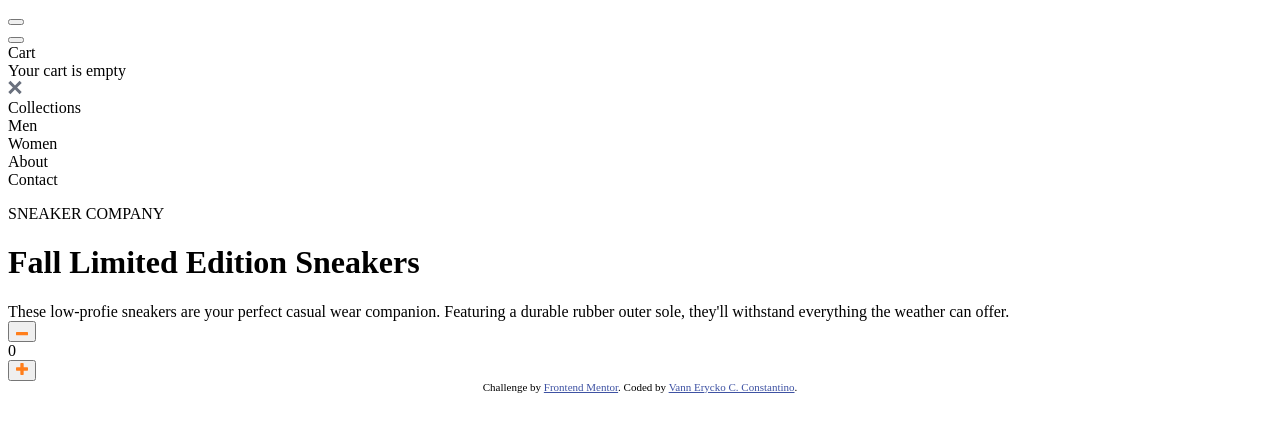
Repository: kocokoy/ecommerce-product-page
Page: src/template.html
The author's editor kept a copy of each file at every save. The page is drawn from the files as they stood at one save, then again after the next save.
The browser window is 1280 px wide. The pictures show the whole page.
Some web fonts or font styles are not loaded; a fallback is used.

Above is the page before, as saved 2024-11-19 09:36:09.

### src/template.html
<!DOCTYPE html>
<html lang="en">
<head>
  <meta charset="UTF-8">
  <meta name="viewport" content="width=device-width, initial-scale=1.0"> <!-- displays site properly based on user's device -->

  <link rel="icon" type="image/png" sizes="32x32" href="./images/favicon-32x32.png">
  <link rel="preconnect" href="https://fonts.googleapis.com">
  <link rel="preconnect" href="https://fonts.gstatic.com" crossorigin>
  <link href="https://fonts.googleapis.com/css2?family=Karla:ital,wght@0,200..800;1,200..800&family=Kumbh+Sans:wght@100..900&family=Playfair+Display:ital,wght@0,400..900;1,400..900&family=Plus+Jakarta+Sans:ital,wght@0,200..800;1,200..800&family=Red+Hat+Text:ital,wght@0,300..700;1,300..700&display=swap" rel="stylesheet">
  <title>Frontend Mentor | E-commerce product page</title>
  <style>
    .attribution { font-size: 11px; text-align: center; }
    .attribution a { color: hsl(228, 45%, 44%); }
  </style>
</head>
<body>
  <div class="content">
    <header>
      <div class="header-img"></div>
      <div class="header-title"></div>
      <div class="header-img"></div>
      <div class="header-img"></div>
    </header>
    <container class="image-carousel">
      <div class="image">
        <button class="image-carousel-back-btn"></button>
        <div class="image-carousel-image"></div>
        <button class="image-carousel-forward-btn"></button>
      </div>
      <div class="cart">
        <div class="cart-title">Cart</div>
        <div class="cart-content">Your cart is empty</div>
      </div>
    </container>
    <container class="menu-bar">
      <img src="/images/icon-close.svg" alt="">
      <div>Collections</div>
      <div>Men</div>
      <div>Women</div>
      <div>About</div>
      <div>Contact</div>
    </container>
    <container class="item-info">
      <div class="item-info-text">
        <p>SNEAKER COMPANY</p>
        <H1>Fall Limited Edition Sneakers</H1>
        <div>
          These low-profie sneakers are your perfect casual wear companion. Featuring a durable rubber outer sole, they'll withstand everything the weather can offer.
        </div>
      </div>
      <div class="item-info-price">
        <!-- <div class="price">$125.00</div>
        <div class="percent">50%</div>
        <div class="retail-price">$250.00</div> -->
      </div>
      <div class="item-info-quantity">
        <button><img src="/images/icon-minus.svg" alt=""></button>
        <div>0</div>
        <button><img src="/images/icon-plus.svg" alt=""></button>
      </div>
      <div class="item-info-button">
      </div>
    </container>
  </div>
  <div class="attribution">
    Challenge by <a href="https://www.frontendmentor.io?ref=challenge" target="_blank">Frontend Mentor</a>.
    Coded by <a href="#">Vann Erycko C. Constantino</a>.
  </div>
</body>
</html>

After the next save:
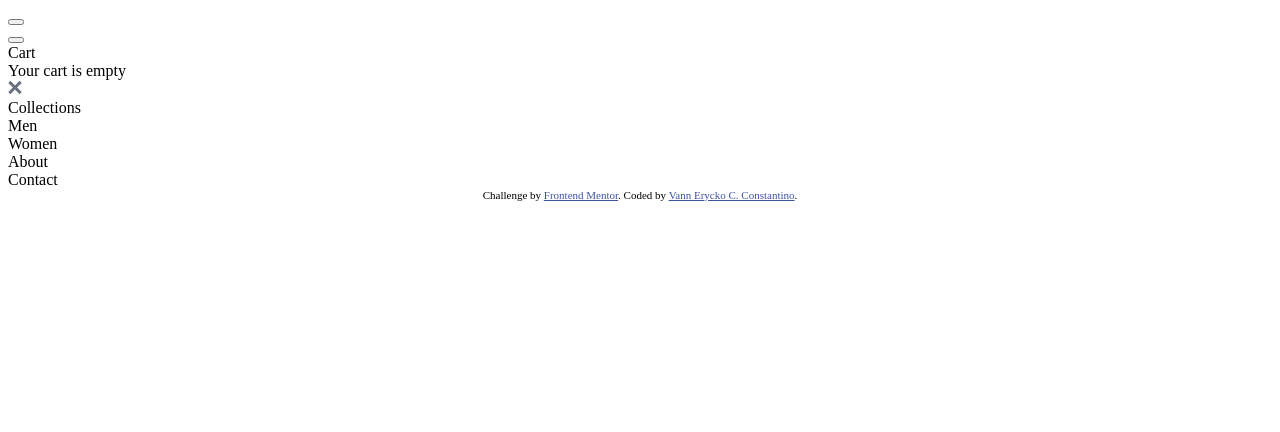
Saved 59 s later.
--- a/src/template.html
+++ b/src/template.html
@@ -43,11 +43,6 @@
     </container>
     <container class="item-info">
       <div class="item-info-text">
-        <p>SNEAKER COMPANY</p>
-        <H1>Fall Limited Edition Sneakers</H1>
-        <div>
-          These low-profie sneakers are your perfect casual wear companion. Featuring a durable rubber outer sole, they'll withstand everything the weather can offer.
-        </div>
       </div>
       <div class="item-info-price">
         <!-- <div class="price">$125.00</div>
@@ -55,9 +50,9 @@
         <div class="retail-price">$250.00</div> -->
       </div>
       <div class="item-info-quantity">
-        <button><img src="/images/icon-minus.svg" alt=""></button>
+        <!-- <button><img src="/images/icon-minus.svg" alt=""></button>
         <div>0</div>
-        <button><img src="/images/icon-plus.svg" alt=""></button>
+        <button><img src="/images/icon-plus.svg" alt=""></button> -->
       </div>
       <div class="item-info-button">
       </div>
